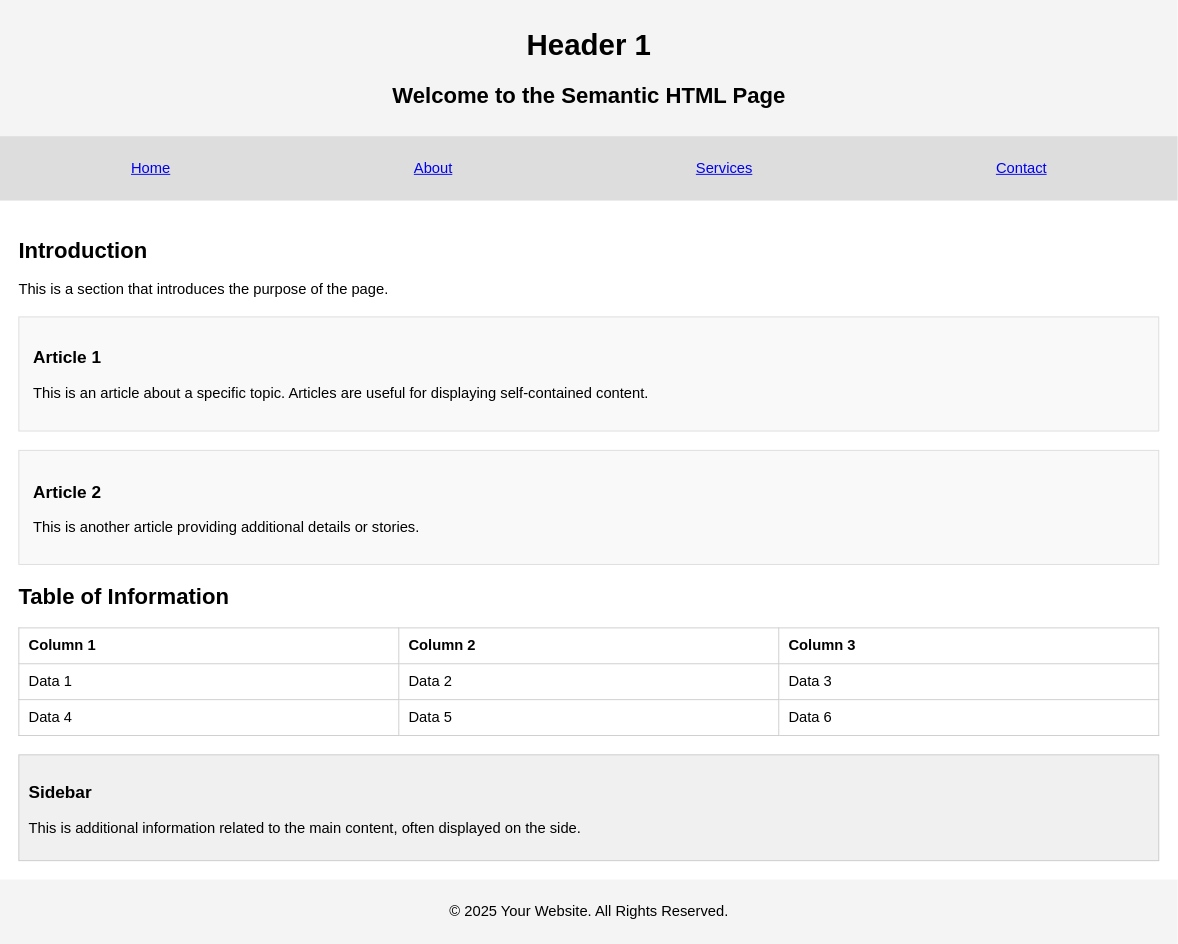
Repository: AnnaSpirit/2025_
Page: Bases/Base.html
These files come from the project's save history. The page is drawn as it stood at one moment and after the next save; the edit follows.
The browser window is 1280 px wide. The pictures show the whole page, at 92% of full size.

Above is the page before, as saved 2025-01-09 10:56:26.
Not found: Bases/styles.css

After the next save:
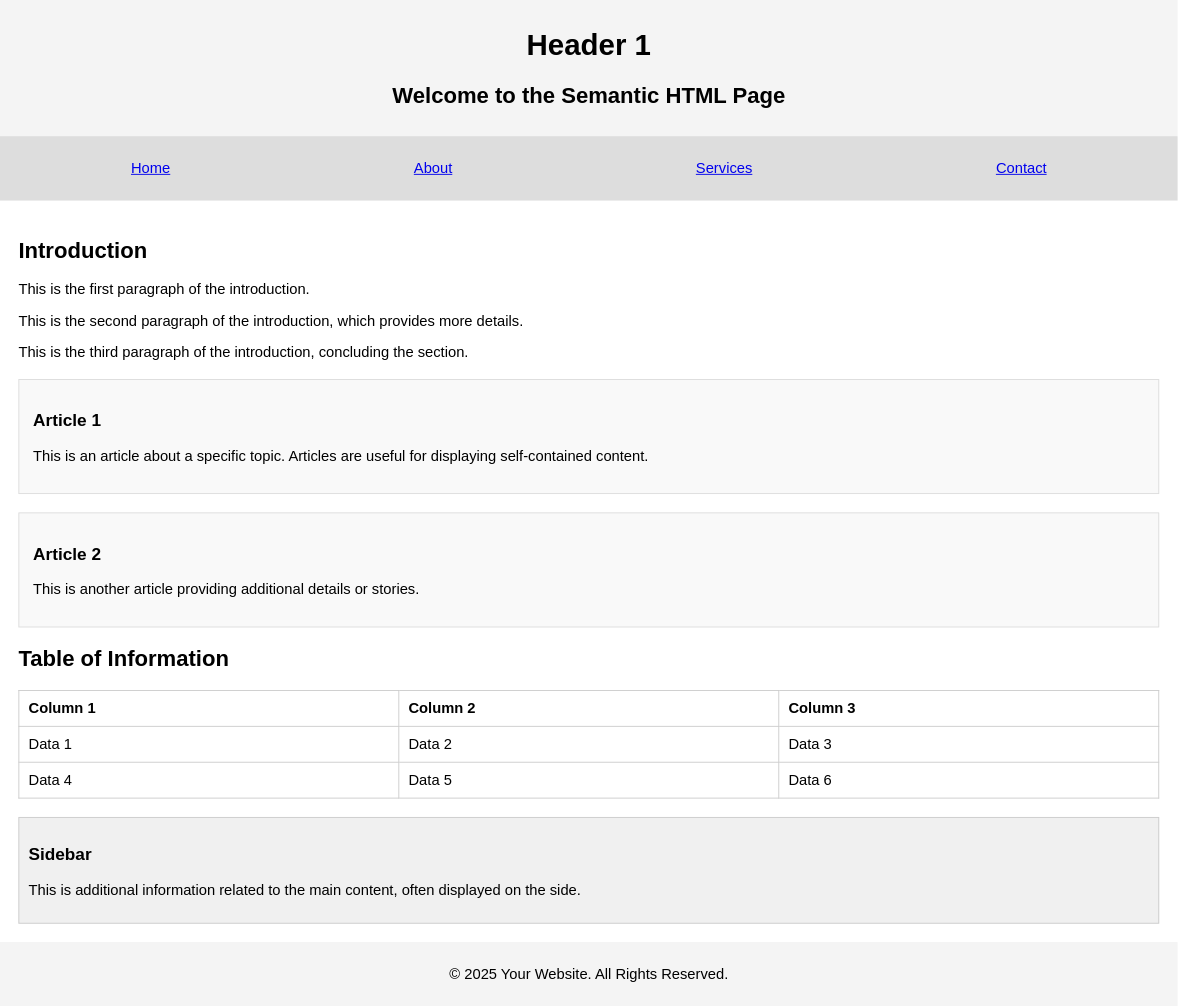
Saved 2 min 44 s later.
--- a/Bases/Base.html
+++ b/Bases/Base.html
@@ -105,7 +105,15 @@
 		<!-- Section 1 -->
 		<section>
 			<h2>Introduction</h2>
-			<p>This is a section that introduces the purpose of the page.</p>
+			<div>
+				<p>This is the first paragraph of the introduction.</p>
+			</div>
+			<div>
+				<p>This is the second paragraph of the introduction, which provides more details.</p>
+			</div>
+			<div>
+				<p>This is the third paragraph of the introduction, concluding the section.</p>
+			</div>
 		</section>
 
 		<!-- Articles -->
